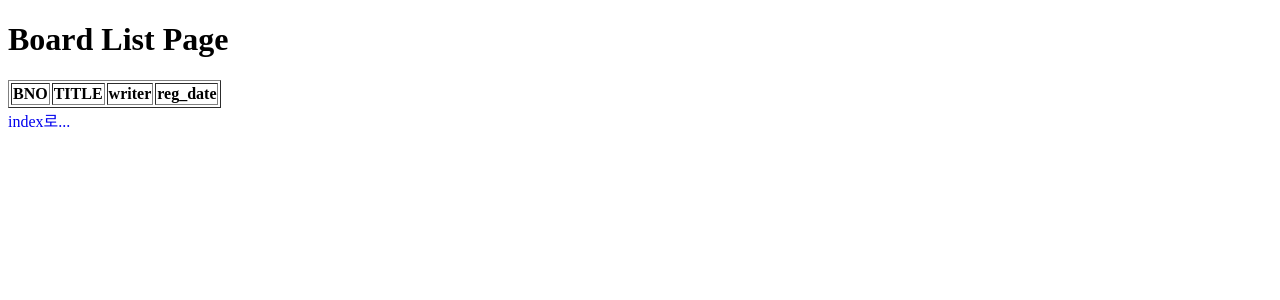
Repository: dhalfks/java2022_09_03
Page: http://localhost/board/brd/pageList
The author's editor kept a copy of each file at every save. The page is drawn from the files as they stood at one save, then again after the next save.
The browser window is 1280 px wide. The pictures show the whole page.
The page is served by Tomcat 9. Queries for data that is not in the repository find no rows.

Above is the page before, as saved 2022-11-28 05:44:33.

After the next save:
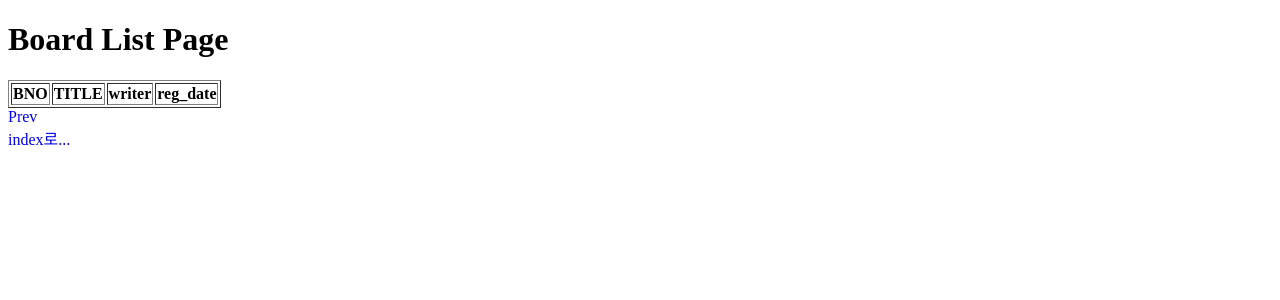
Saved 5 min 53 s later.
--- a/JSP_Board_oracle 버전/board/src/main/webapp/board/list.jsp
+++ b/JSP_Board_oracle 버전/board/src/main/webapp/board/list.jsp
@@ -32,9 +32,9 @@
 
 </table>
 <div>
-	<c:if test="${pgn.prev }">
+	<%-- <c:if test="${pgn.prev }"> --%>
       <a href="/brd/page?pageNo=${pgn.startPage - 1 }&qty=${pgn.pgvo.qty}" >Prev</a>
-    </c:if>
+    <%-- </c:if> --%>
     <c:forEach begin="${pgn.startPage }" end="${pgn.endPage }" var="i">
       <a href="/brd/page?pageNo=${i }&qty=${pgn.pgvo.qty}">${i } ｜ </a>
     </c:forEach>

After the 2 saves that followed:
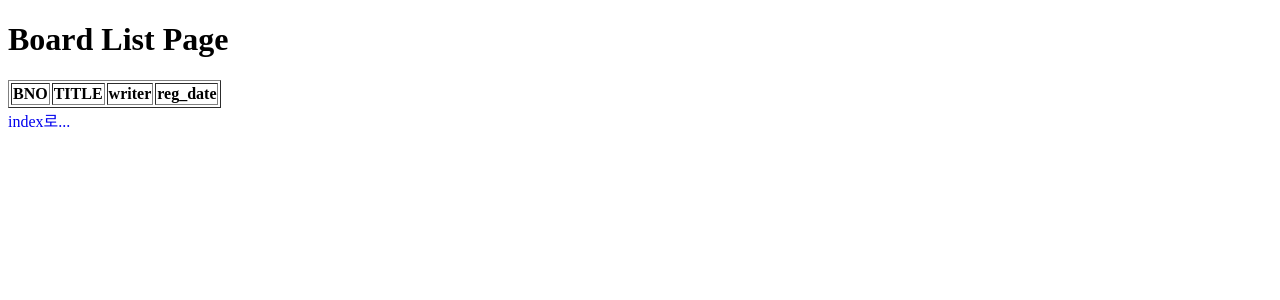
The 2 saves are shown as one change because 1 left the picture as it was.
The last was saved 36 s later.
--- a/JSP_Board_oracle 버전/board/src/main/webapp/board/list.jsp
+++ b/JSP_Board_oracle 버전/board/src/main/webapp/board/list.jsp
@@ -32,9 +32,9 @@
 
 </table>
 <div>
-	<%-- <c:if test="${pgn.prev }"> --%>
+	<c:if test="${pgn.prev }">
       <a href="/brd/page?pageNo=${pgn.startPage - 1 }&qty=${pgn.pgvo.qty}" >Prev</a>
-    <%-- </c:if> --%>
+    </c:if>
     <c:forEach begin="${pgn.startPage }" end="${pgn.endPage }" var="i">
       <a href="/brd/page?pageNo=${i }&qty=${pgn.pgvo.qty}">${i } ｜ </a>
     </c:forEach>
--- a/JSP_Board_oracle 버전/board/src/main/java/controller/BoardController.java
+++ b/JSP_Board_oracle 버전/board/src/main/java/controller/BoardController.java
@@ -103,23 +103,12 @@ public class BoardController extends HttpServlet {
 			break;
 		case "page":
 			try {
-//				int qty = 10; // 한페이지에 나와야 하는 게시물 수
-//				int pageCount = totCount /qty+(totCount%qty==0?0:1);
-//				int startPage = ((pageNum-1)/qty)*qty+1; //시작게시물 번호 0 / 11 / 21...
-//				int endPage = startPage + qty-1;
-//				if(endPage > pageCount) {
-//					endPage = pageCount;
-//				}
-				//int realEnd = totCount / qty;
-				//PagingVO pgvo = new PagingVO();
-
 
 				int pageNum = Integer.parseInt(req.getParameter("pageNo"));
 				System.out.println(pageNum);
 				int qty = Integer.parseInt(req.getParameter("qty"));
 				PagingVO pgvo = new PagingVO(pageNum, qty);
 
-				//System.out.println(pageNum +" : "+ pgvo.getPageNo());
 				int totCount = bsv.pageCnt();
 				List<BoardVO> list = bsv.getListPage(pgvo);
 				PagingHandler ph = new PagingHandler(pgvo, totCount);
